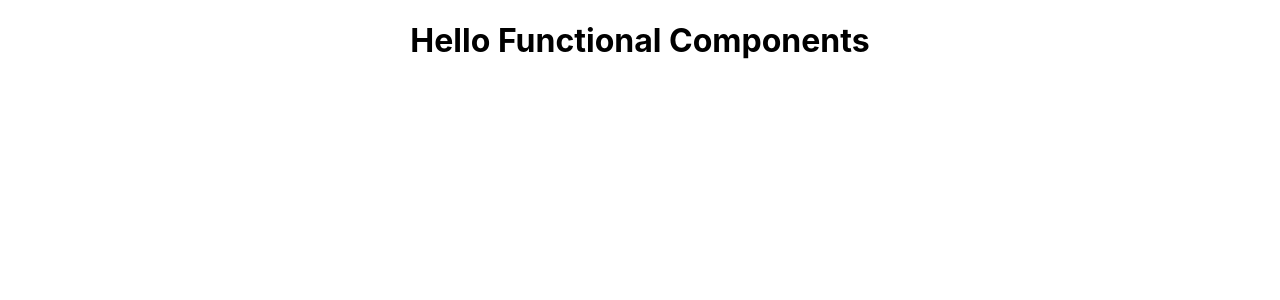
Repository: NPhanA/React2022
Page: / (app in Day 06-React real/demo/)
The author's editor kept a copy of each file at every save. The page is drawn from the files as they stood at one save, then again after the next save.
The browser window is 1280 px wide. The pictures show the whole page.
The project was rebuilt for these pictures with package versions that can differ from the ones it lists, and the page was loaded fresh each time. Also part of the build but not shown: Day 06-React real/demo/src/App.js.

Above is the page before, as saved 2022-07-26 14:58:09.

### Day 06-React real/demo/public/index.html
<!DOCTYPE html>
<html lang="en">
  <head>
    <meta charset="utf-8" />
    <link rel="icon" href="%PUBLIC_URL%/favicon.ico" />
    <meta name="viewport" content="width=device-width, initial-scale=1" />
    <meta name="theme-color" content="#000000" />
    <meta
      name="description"
      content="Web site created using create-react-app"
    />
    <link rel="apple-touch-icon" href="%PUBLIC_URL%/logo192.png" />
    <!--
      manifest.json provides metadata used when your web app is installed on a
      user's mobile device or desktop. See https://developers.google.com/web/fundamentals/web-app-manifest/
    -->
    <link rel="manifest" href="%PUBLIC_URL%/manifest.json" />
    <!--
      Notice the use of %PUBLIC_URL% in the tags above.
      It will be replaced with the URL of the `public` folder during the build.
      Only files inside the `public` folder can be referenced from the HTML.

      Unlike "/favicon.ico" or "favicon.ico", "%PUBLIC_URL%/favicon.ico" will
      work correctly both with client-side routing and a non-root public URL.
      Learn how to configure a non-root public URL by running `npm run build`.
    -->
    <title>Components</title>
  </head>
  <body>
    <noscript>You need to enable JavaScript to run this app.</noscript>
    <div id="root"></div>
    <!--
      This HTML file is a template.
      If you open it directly in the browser, you will see an empty page.

      You can add webfonts, meta tags, or analytics to this file.
      The build step will place the bundled scripts into the <body> tag.

      To begin the development, run `npm start` or `yarn start`.
      To create a production bundle, use `npm run build` or `yarn build`.
    -->
  </body>
</html>

### Day 06-React real/demo/src/index.js
import React from 'react';
import './index.css';
import App from './App';
import {createRoot} from 'react-dom/client';
import HelloFunctionComp from './Components/HelloFunctionComp';
const container = document.getElementById('root');
const root = createRoot(container);
root.render(<HelloFunctionComp className="App"/>);

### Day 06-React real/demo/src/Components/HelloFunctionComp.js
function HelloFunctionComp(props) {
    return (
     <h1 className={props.className}>Hello Functional Components {props.personName}</h1>
    );
  }

export default HelloFunctionComp;

Loaded but not shown: Day 06-React real/demo/src/index.css (common file); Day 06-React real/demo/src/App.css (common file)

After the next save:
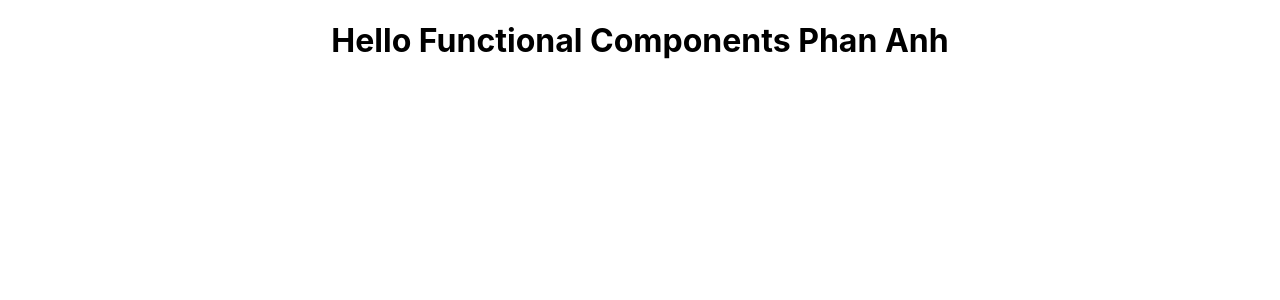
Saved 13 s later.
--- a/Day 06-React real/demo/src/index.js
+++ b/Day 06-React real/demo/src/index.js
@@ -5,4 +5,4 @@ import {createRoot} from 'react-dom/client';
 import HelloFunctionComp from './Components/HelloFunctionComp';
 const container = document.getElementById('root');
 const root = createRoot(container);
-root.render(<HelloFunctionComp className="App"/>);
+root.render(<HelloFunctionComp className="App" personName="Phan Anh"/>);
